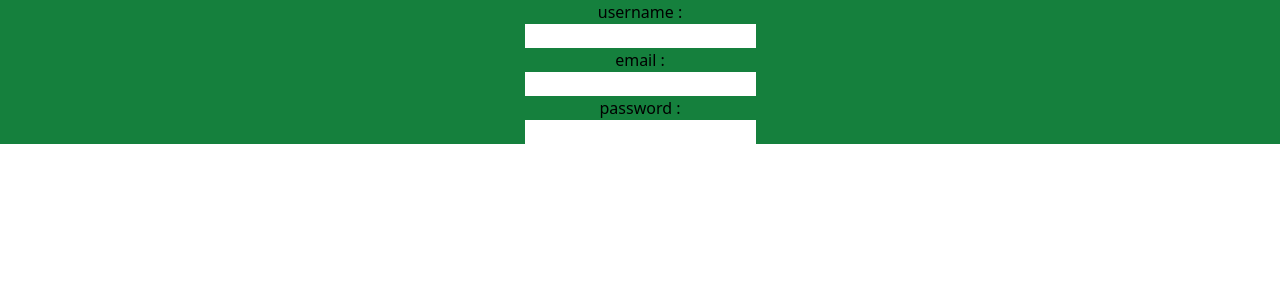
Repository: Emy-gold/alx-fe-reactjs
Page: / (app in form-handling-react/)
An editor plug-in stored every save of this project. The page is shown before and after the next save, followed by the edit.
The browser window is 1280 px wide. The pictures show the whole page.
The project was rebuilt for these pictures with package versions that can differ from the ones it lists, and the page was loaded fresh each time. Also part of the build but not shown: form-handling-react/vite.config.js.

Above is the page before, as saved 2025-08-22 21:05:26.

After the next save:
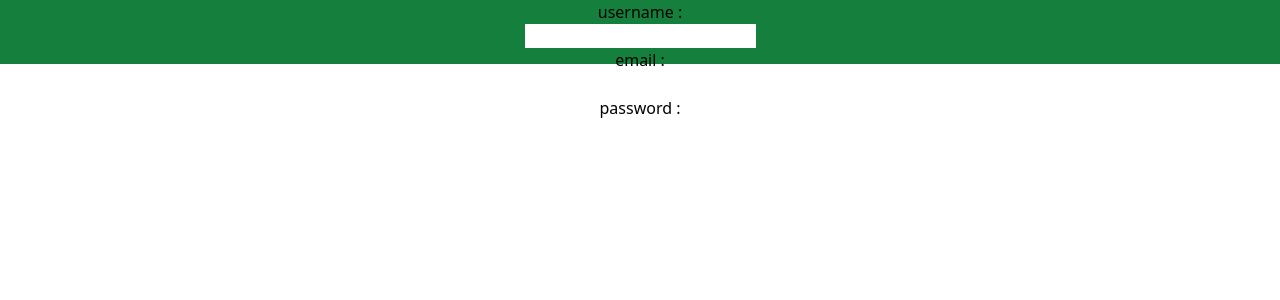
Saved 36 s later.
--- a/form-handling-react/src/components/RegistrationForm.jsx
+++ b/form-handling-react/src/components/RegistrationForm.jsx
@@ -17,7 +17,7 @@ function RegistrationForm() {
 
     return (
         <div className='w-full mx-auto h-screen'>
-            <form onSubmit={handleSubmit} className='flex flex-col items-center bg-green-700'>
+            <form onSubmit={handleSubmit} className='flex flex-col items-center bg-green-700 h-16'>
                 <label>username :</label>
                 <input
                     type="text"
